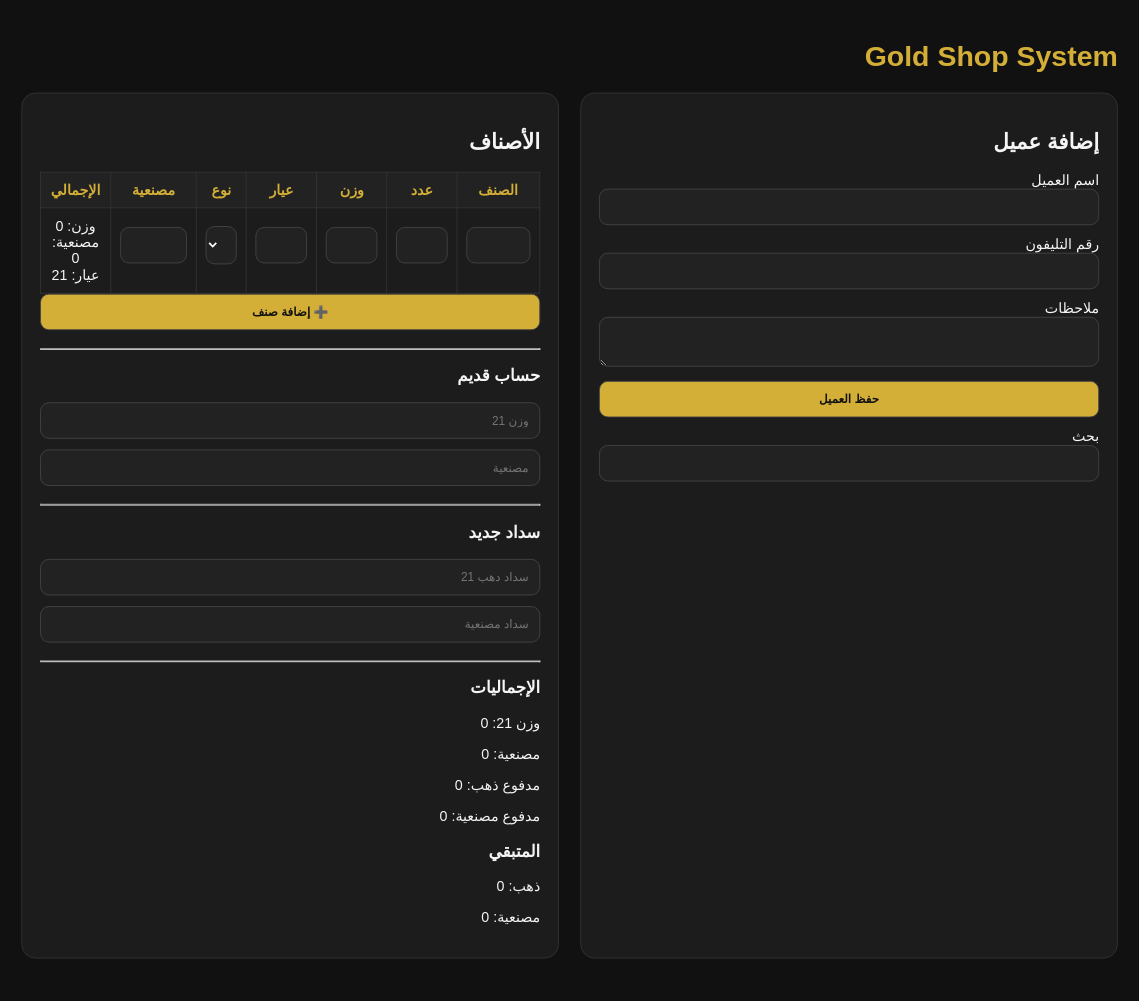
Repository: erineehab27/gold-shop
Page: /
These files come from the project's save history. The page is drawn as it stood at one moment and after the next save; the edit follows.
The browser window is 1280 px wide. The pictures show the whole page, at 89% of full size.
The project was rebuilt for these pictures with package versions that can differ from the ones it lists, and the page was loaded fresh each time. Also part of the build but not shown: vite.config.js, src/printpage.jsx.

Above is the page before, as saved 2026-05-10 00:41:33.

After the next save:
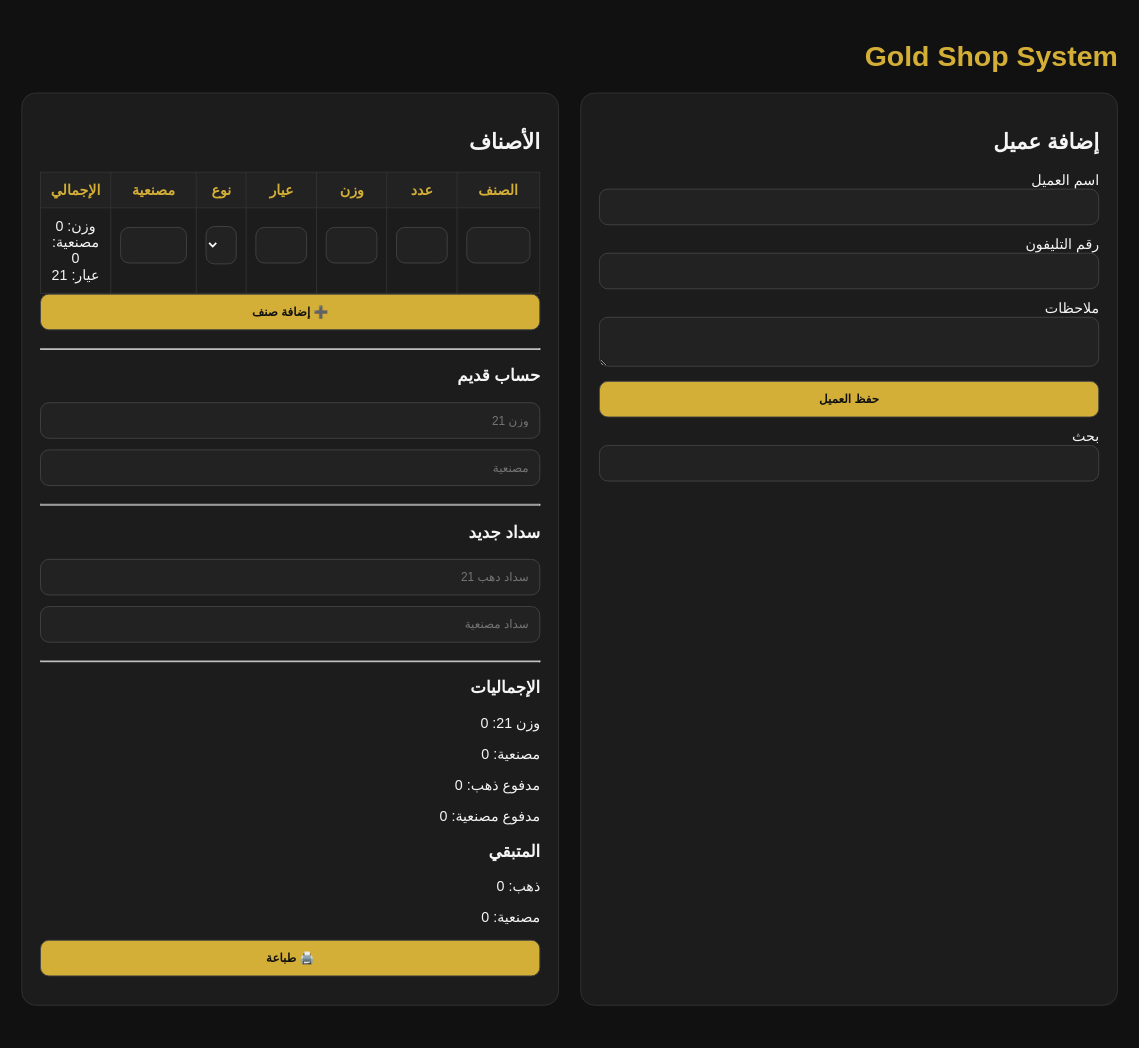
Saved 4 s later.
--- a/src/App.jsx
+++ b/src/App.jsx
@@ -893,7 +893,18 @@ export default function App() {
 >
   🖨️ طباعة
 </button> */
+<button
+onClick={() =>
+  navigate("/print", {
+    state: {
+      customer: selectedCustomer, // ❗ كان غلط
+      invoices: customerInvoices // ❗ الصح
+    }
+  })
 }
+>
+🖨️ طباعة
+</button>}
         </section>
       </div>
     </div>
